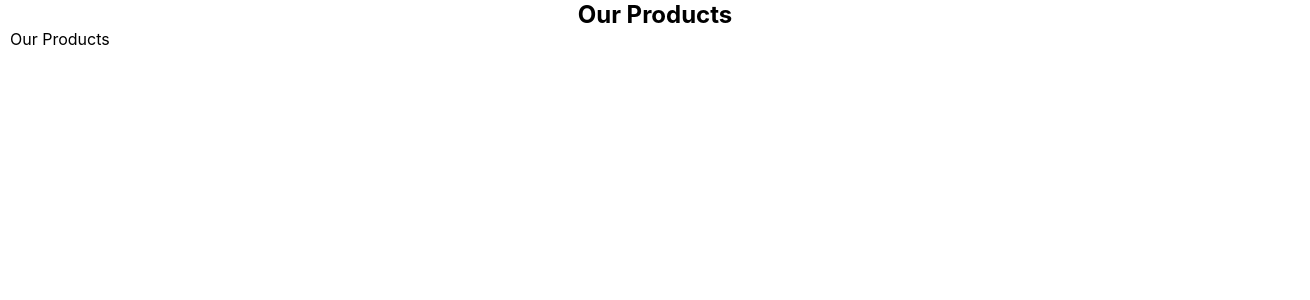
Repository: ldminh95/Ginx
Page: /
These files come from the project's save history. The page is drawn as it stood at one moment and after a run of saves; the edit follows.
The browser window is 1280 px wide. The page is 1310 px wide, so the pictures cover 1310 px, including what lies to the right of the window. The pictures show the whole page.
The project was rebuilt for these pictures with package versions that can differ from the ones it lists, and the page was loaded fresh each time.

Above is the page before, as saved 2023-06-03 14:23:20.

After the next 2 saves:
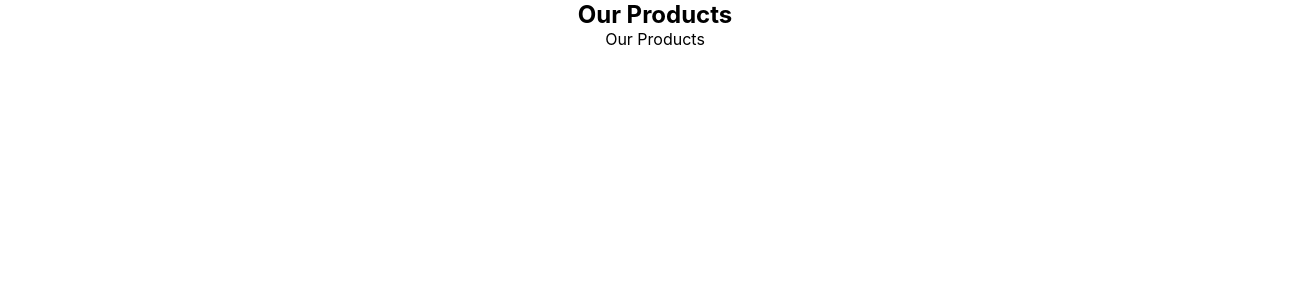
The 2 saves are shown as one change because they came seconds apart.
The last was saved 19 s later.
--- a/src/App.css
+++ b/src/App.css
@@ -11,6 +11,6 @@
   padding: 0 10px;
   margin: 0 auto;
 }
-.App .Product_title h2 {
+.App .Product_title {
   text-align: center;
 }
